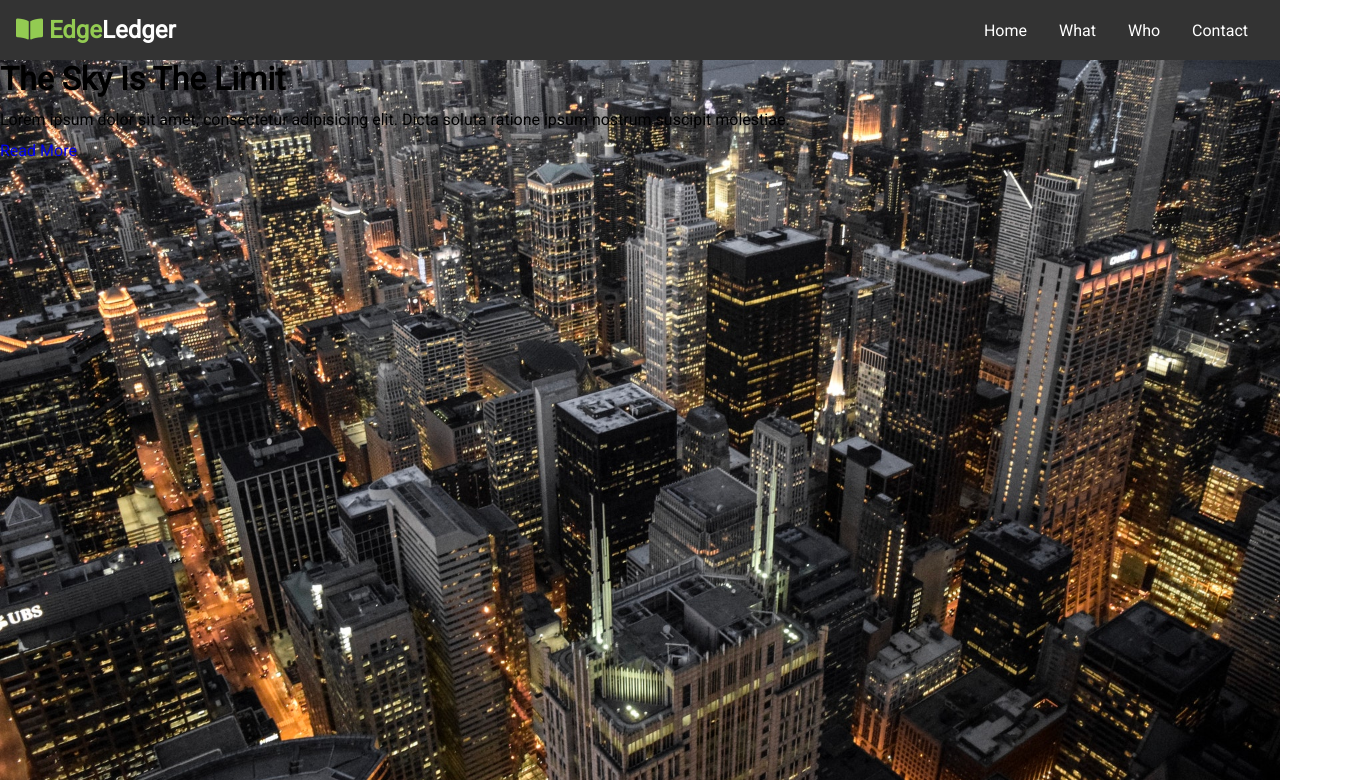
Repository: dimlutine/EdgeLedger
Page: index.html
The author's editor kept a copy of each file at every save. The page is drawn from the files as they stood at one save, then again after the next save.
The browser window is 1280 px wide. The page is 1280 px wide, then 1352 px, so the pictures cover 1352 px, including what lies to the right of the window. The pictures show the whole page.
Some web libraries are served in a nearby version.

Above is the page before, as saved 2019-07-06 18:48:20.

After the next save:
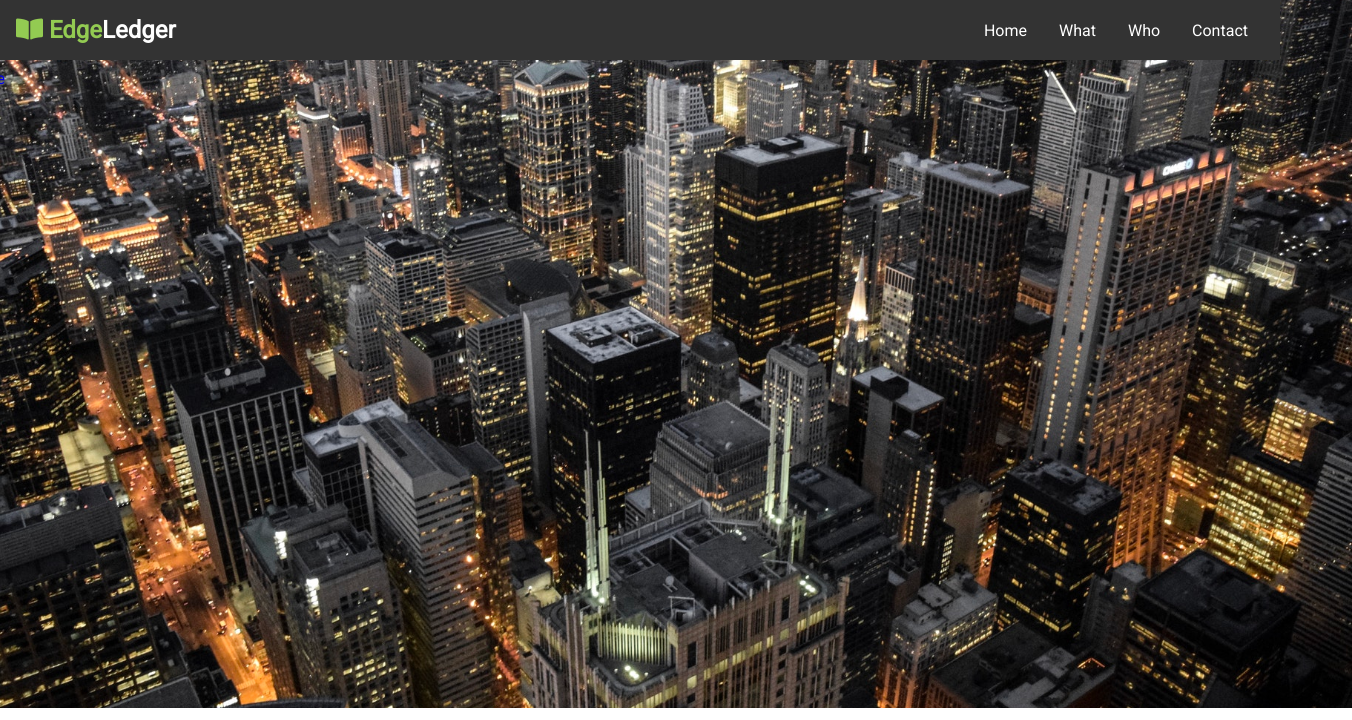
Saved 29 s later.
--- a/css/style.css
+++ b/css/style.css
@@ -60,4 +60,5 @@
 #showcase {
     background: #333 url(../img/showcase.jpg) no-repeat center center/cover;
     height: 100vh;
+    margin: -10vh;
 }
